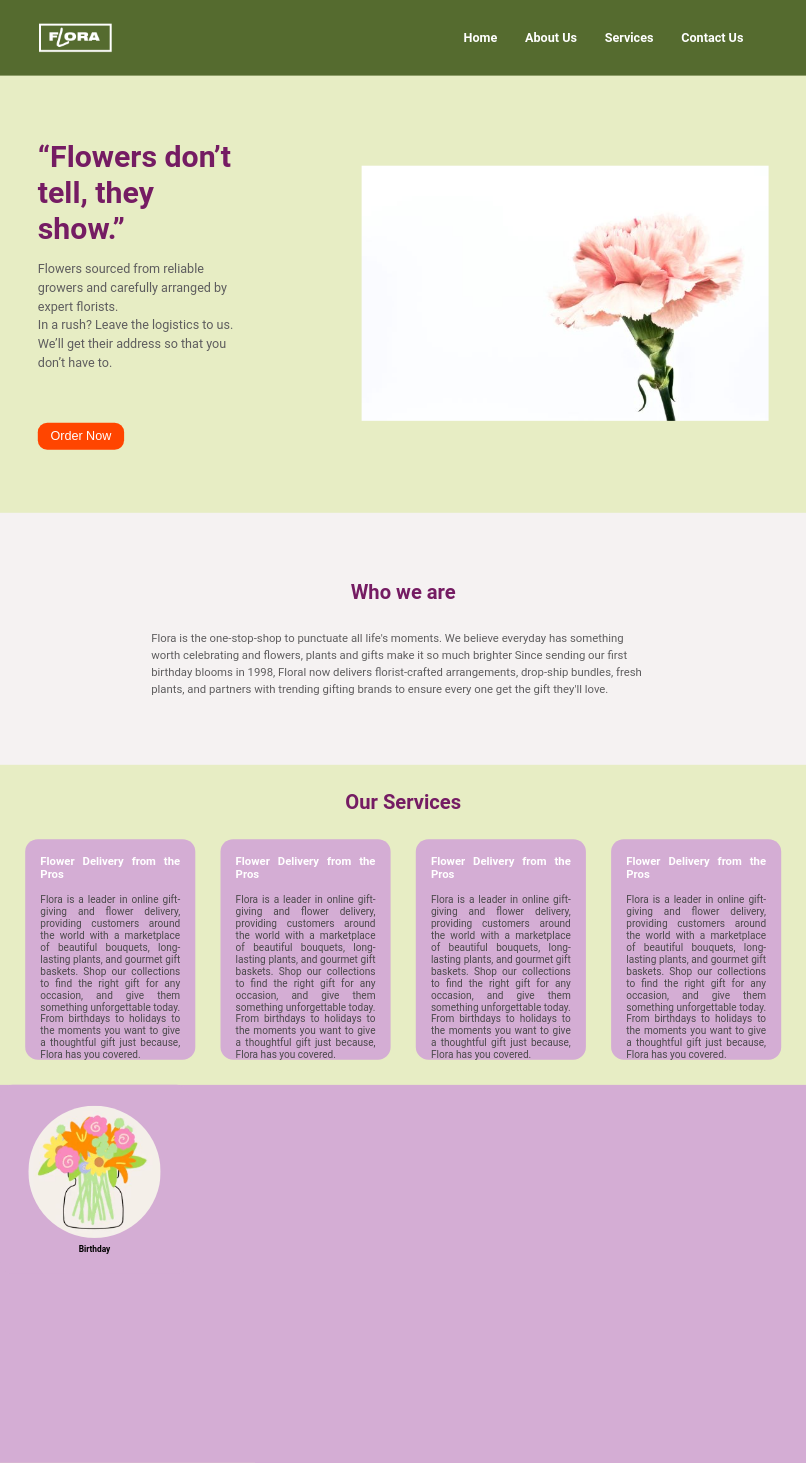
Repository: SaadYasin/test003-flex-box
Page: index.html
These files come from the project's save history. The page is drawn as it stood at one moment and after the next save; the edit follows.
The browser window is 1280 px wide. The pictures show the whole page, at 63% of full size.

Above is the page before, as saved 2022-11-03 14:54:18.

### index.html
<!DOCTYPE html>
<html lang="en">
<head>
  <meta charset="UTF-8">
  <meta http-equiv="X-UA-Compatible" content="IE=edge">
  <meta name="viewport" content="width=device-width, initial-scale=1.0">
  <title>Business Assistant</title>

  <link rel="stylesheet" href="style.css">
</head>
<body>
  <!-- Main header start -->
  <header>
    <div class="header-container">
      <!-- <h1 class="logo">Flora</h1> -->
      <img src="./images/flora-icon.png" alt="">
      <nav>
        <ul>
          <li><a href="#">Home</a></li>
          <li><a href="#about">About Us</a></li>
          <li><a href="#services">Services</a></li>
          <li><a href="#">Contact Us</a></li>
        </ul>
      </nav>
    </div>
  </header>
  <!-- Min header end -->

  <!-- Hero section start -->
  <section class="hero-section">
    <div class="hero-text">
      <h1 class="hero-title">“Flowers don’t tell, they show.”</h1>
      <p class="hero-paragraph">Flowers sourced from reliable growers and carefully arranged by expert florists. <br>In a rush? Leave the logistics to us. We’ll get their address so that you don’t have to.</p>

      <button type="button" class="coa-btn">Order Now</button>
    </div>
    <div><img src="./images/alesia_flower-small.jpg" alt="" class="hero-img"></div>
  </section>
  <!-- Hero section ends -->

  <!-- About Us section start -->
  <section id="about">
    <div class="container">
      <h3 class="about-title">Who we are</h3>
      <p class="about-text">Flora is the one-stop-shop to punctuate all life's moments. We believe everyday has something worth celebrating and
      flowers, plants and gifts make it so much brighter

      Since sending our first birthday blooms in 1998, Floral now delivers florist-crafted arrangements, drop-ship bundles,
      fresh plants, and partners with trending gifting brands to ensure every one get the gift they'll love.</p>
    </div>

  </section>
  <!-- About Us section end -->

  <!-- Services section start -->
  <section id="services">
    <div class="container">
      <h3 class="services-title">Our Services</h3>
      <div class="cards-container">
        <div class="card">
          <h4 class="card-title">Flower Delivery from the Pros</h4>
          <p class="card-text">Flora is a leader in online gift-giving and flower delivery, providing customers around the world with a marketplace of
          beautiful bouquets, long-lasting plants, and gourmet gift baskets. Shop our collections to find the right gift for any
          occasion, and give them something unforgettable today. From birthdays to holidays to the moments you want to give a
          thoughtful gift just because, Flora has you covered.</p>
        </div>

        <div class="card">
          <h4 class="card-title">Flower Delivery from the Pros</h4>
          <p class="card-text">Flora is a leader in online gift-giving and flower delivery, providing customers around the world
            with a marketplace of
            beautiful bouquets, long-lasting plants, and gourmet gift baskets. Shop our collections to find the right gift for
            any
            occasion, and give them something unforgettable today. From birthdays to holidays to the moments you want to give a
            thoughtful gift just because, Flora has you covered.</p>
        </div>

        <div class="card">
          <h4 class="card-title">Flower Delivery from the Pros</h4>
          <p class="card-text">Flora is a leader in online gift-giving and flower delivery, providing customers around the world
            with a marketplace of
            beautiful bouquets, long-lasting plants, and gourmet gift baskets. Shop our collections to find the right gift for
            any
            occasion, and give them something unforgettable today. From birthdays to holidays to the moments you want to give a
            thoughtful gift just because, Flora has you covered.</p>
        </div>

        <div class="card">
          <h4 class="card-title">Flower Delivery from the Pros</h4>
          <p class="card-text">Flora is a leader in online gift-giving and flower delivery, providing customers around the world
            with a marketplace of
            beautiful bouquets, long-lasting plants, and gourmet gift baskets. Shop our collections to find the right gift for
            any
            occasion, and give them something unforgettable today. From birthdays to holidays to the moments you want to give a
            thoughtful gift just because, Flora has you covered.</p>
        </div>

      </div>
    </div>
    </section>
  <!-- Services section end -->

  <!-- Occasions section start -->
  <section id="occasions-section">
    <div class="container">
      <div class="categories">
        <div class="cat-card">
          <img src="/images/birthday.JPG" alt="">
          <h5>Birthday</h5>
        </div>
      </div>

    </div>
    </section>
  <!-- Occasions section end -->

</body>
</html>

### style.css
* {
  padding: 0;
  margin: 0;
  box-sizing: border-box;
}

body {
  font-family: 'Roboto', sans-serif;
  background: rgb(231, 237, 196);
}

.header-container {
  display: flex;
  justify-content: space-between;
  align-items: center;
  padding: 0 60px;
  height: 120px;
  background: darkolivegreen;
}

.header-container img {
  width: 120px;
  /* height: 80%; */
}

.logo {
  color: antiquewhite;
  font-size: 40px;
  font-weight: bold;
  font-style: italic;
}

.header-container nav ul {
  list-style: none;

}

.header-container nav ul li {
  display: inline-block;
}

.header-container nav ul li a {
text-decoration: none;
color: white;
margin-right: 40px;
font-size: 20px;
font-weight: bold;
}

.header-container nav ul li a:hover {
  color: orangered;
}

.hero-section {
  display: flex;
  justify-content: center;
  align-items: center;
  gap: 180px;
  padding: 100px 60px;
}

.hero-title {
  font-size: 48px;
  color: rgb(117, 28, 99);
}

.hero-paragraph {
  font-size: 20px;
  color: rgb(94, 93, 94);
  line-height: 1.5;
  margin-top: 20px;
}

.coa-btn {
  font-size: 20px;
  padding: 10px 20px;
  margin-top: 80px;
  background: orangered;
  border: none;
  border-radius: 15px;
  color: white;
  cursor: pointer;
}

.coa-btn:hover {
  background: rgb(137, 74, 159);
}

#about .container {
  width: 100vw;
  height: 400px;
  background: rgb(245, 242, 242);
  display: flex;
  flex-direction: column;
  align-items: center;
  justify-content: center;
  padding: 40px;
}

.about-title {
  font-size: 32px;
  color: rgb(117, 28, 99);
}

.about-text {
  font-size: 18px;
  color: rgb(94, 93, 94);
  line-height: 1.5;
  width: 800px;
  margin-top: 40px ;
}

#services .container {
  padding: 40px;
}

.services-title {
  text-align: center;
  font-size: 32px;
  color: rgb(117, 28, 99);
}

.cards-container {
  display: flex;
  justify-content: center;
  gap: 40px;
  margin-top: 40px;
}

.card {
  display: flex;
  flex-direction: column;
  align-items: center;
  width: 350px;
  height: 350px;
  background: rgb(212, 173, 212);
  padding: 24px;
  text-align: justify;
  border-radius: 20px;
  }

  .card-title {
    font-size: 18px;
    color: rgb(255, 255, 255);
  }

  .card-text {
    font-size: 16px;
    color: rgb(75, 73, 75);
    margin-top: 20px;
  }

  .cat-card {
    display: flex;
    flex-direction: column;
    justify-content: center;
    align-items: center;
    width: 300px;
    height: 300px;
    background: rgb(212, 173, 212);
    border-radius: 20px;
  }

  .cat-card img {
    width: 70%;
    height: 70%;
    border-radius: 50%;
    margin-bottom: 10px;
  }

  #occasions-section .container {
    width: 100vw;
    height: 600px;
    background: rgb(212, 173, 212);
  }

After the next save:
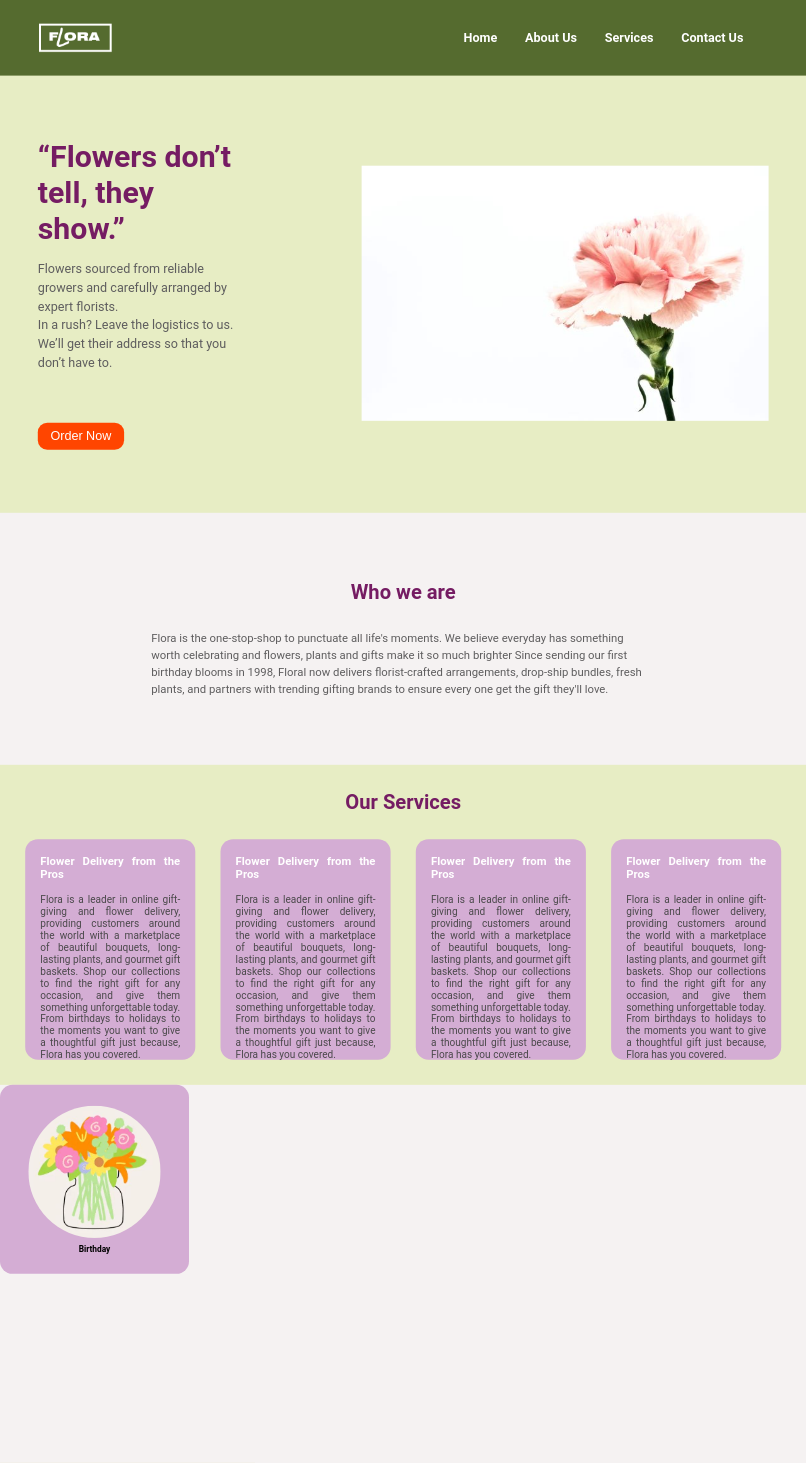
Saved 38 s later.
--- a/style.css
+++ b/style.css
@@ -171,5 +171,5 @@ font-weight: bold;
   #occasions-section .container {
     width: 100vw;
     height: 600px;
-    background: rgb(212, 173, 212);
+    background: rgb(245, 242, 242);
   }
